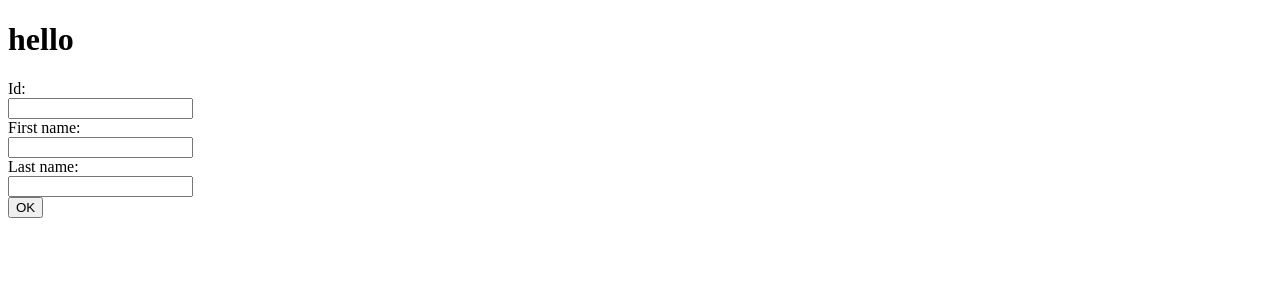
Repository: jnnbaran/DBManager
Page: http://localhost/DBServlet/add.jsp
The author's editor kept a copy of each file at every save. The page is drawn from the files as they stood at one save, then again after the next save.
The browser window is 1280 px wide. The pictures show the whole page.
The page is served by Tomcat 9.

Above is the page before, as saved 2019-11-18 17:38:19.

After the next save:
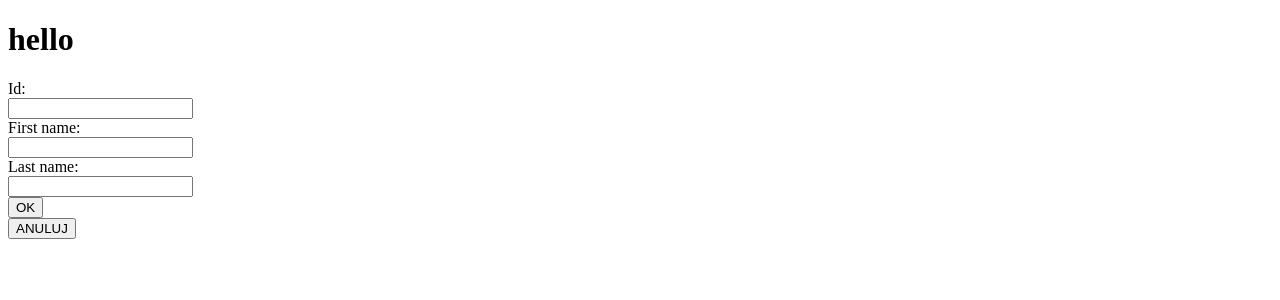
Saved 19 s later.
--- a/DBServlet/WebContent/add.jsp
+++ b/DBServlet/WebContent/add.jsp
@@ -29,7 +29,7 @@
 
  </form>
 
-
+ <button name="query" cols="50" rows="10" form="queryForm" value = " "> ANULUJ </button>
 
 
 </body>
